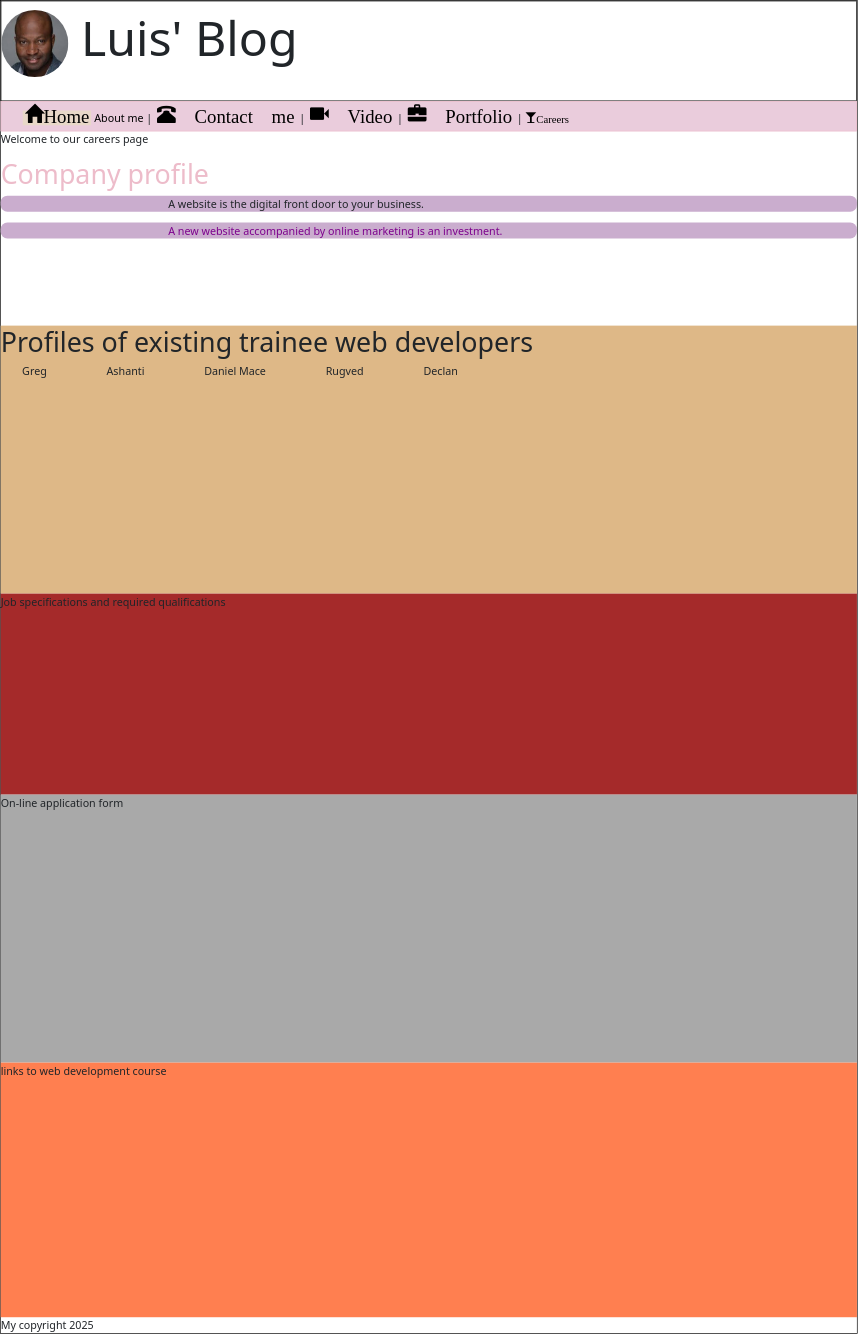
Repository: wduluis/wduluis.github.io
Page: careers.html
The author's editor kept a copy of each file at every save. The page is drawn from the files as they stood at one save, then again after the next save.
The browser window is 1280 px wide. The pictures show the whole page, at 67% of full size.

Above is the page before, as saved 2025-05-09 12:15:41.

### careers.html
<!doctype html>
<html lang="en-GB">

<head>
<meta charset="utf-8" />
<meta name="viewport" content="width=width-device, initial-scale=1 strink-to-fit=no" />
<meta description="Website development, Web design" />
<title>Luis's Blog </title>
<link rel="stylesheet" type="text/css" href="mycss/myblog.css" />
<script type="text/javascript" src="myjsfiles/mytasks.js"/> </script>

<link rel="stylesheet" type="text/css" href="my_bootstrap/css/bootstrap.min.css" />

<link rel="stylesheet" type="text/css" href="glyphicons-only-bootstrap/css/bootstrap.min.css" />

<script type="text/javascript" src="my_bootstrap/js/bootstrap.min.js" /> </script>

<script type="text/javascript" src="my_jquery/jquery-3.7.1.min.js" /> </script>




</head>
<body>
<div id="mypage">
<div id="banner"> <img src="images/luis_photo.jpg" alt="photo of Luis Ibhiabor" width="100" height="100"/> Luis' Blog</div>
<div id="topnav">
<ul>
<li class="hm"> <a href="index.html" class="glyphicon glyphicon-home gi-2x">Home</a></li>
<li> <a href="aboutus.html"> About me </a> </li> |
<li> <a href="contacts.html" class="glyphicon glyphicon-phone-alt gi-2x"> Contact me </a> </li> |
<li> <a href="video.html" class="glyphicon glyphicon glyphicon-facetime-video gi-2x"> Video </a> </li> |
<li> <a href="portfolio.html" class="glyphicon glyphicon glyphicon-briefcase gi-2x"> Portfolio </a> </li> |
<li> <a href="careers.html" class="glyphicon glyphicon-glass g1-2x">Careers</a></li>

</ul>
</div>

<div id="contentarea">
<p> Welcome to our careers page</p>

<div class="company_profile">
    <h1>Company profile</h1>
    <p>A website is the digital front door to your business.</p>
    <p class="pp2">A new website accompanied by online marketing is an investment.</p>


</div>

<div class="current_trainees"><h1>Profiles of existing trainee web developers</h1>
<ul>
    <li class="name">Greg</li>
    <li class="name">Ashanti</li>
    <li class="name">Daniel Mace</li>
    <li class="name">Rugved</li>
    <li class="name">Declan</li>
</ul>


</div>

<div class="job_spec"><p>Job specifications and required qualifications</p></div>
<div class="application_form"><p>On-line application form</p></div>

<div class="our_courses"><p>links to web development course</p></div>

 </div>

<div id="pagefooter"> My copyright 2025 </div>

</div>
</body>
</html>

### mycss/myblog.css

body {
background-color: #fff;
font-family: Arial, Helvetica, sans-serif;
}

#mypage {
border: 1px solid #000;
/* width: 1400px; */
width: 100%;
}

#banner {
height: 150px;
border: 1px solid #000;
}

#topnav {
height: 45px;
border: 1px solid #edbcca;
}

/*Improving it starts here*/
#topnav {
background-color: #eaccdc;

}

.gi-2x{font-size: 28px; padding: 3px;}
.gi-3x{font-size: 3em;}
.gi-4x{font-size: 4em;}
.gi-5x{font-size: 5em;}


#banner img {
border-radius: 50%;

/*height: 100px; width: 100px; background-color: #ff5733; margin: auto;*/
}

/*Improving it ends here*/


#topnav ul li{
text-decoration: none;
display: inline;
}

#topnav a:link {
text-decoration: none;
color: #000;
}

#topnav a:visited {
color: #caadce;
}

#topnav a:hover {
background-color: #000;
}

#contentarea {
height: auto;
/* height: 700px; */

}


#banner {
font-size: 450%;

}

.hm {
height: 25px;
background-color: #e8d8c8;
}




/*
#topnav ul li {
text-decoration: none;
display: inline;

}

https://developers.google.com/fonts/docs/getting_started

#mypage {


border: 1px solid #000;
}

*/

.company_profile {
    width: 100%;
    height: 250px;
    /* background-color: #c8def2; */
    /* border-radius: 8px;
    margin: 10px; */
}

.current_trainees {
    width: 100%;
    height: 400px;
    background-color:burlywood;
}

.job_spec {
    width: 100%;
    height: 300px;
    background-color:brown;
}

.application_form {
    width: 100%;
    height: 400px;
    background-color:darkgray;
}

.our_courses {
    width: 100%;
    height: 380px;
    background-color: coral;
}

.current_trainees ul li{
    display: inline;
    margin-right: 85px;
}

.company_profile h1 {
    color: #edbcca;
}

.company_profile p {
     padding-left: 250px;
     border-radius: 10px;
     background-color: #caadce;
}

.pp2 {
    color: #7d028d;
}

### myjsfiles/mytasks.js
/*
document.write("Hello World!");
window.alert("Welcome to my blog!");
*/

Loaded but not shown: my_bootstrap/css/bootstrap.min.css (library); glyphicons-only-bootstrap/css/bootstrap.min.css (library); my_bootstrap/js/bootstrap.min.js (library); my_jquery/jquery-3.7.1.min.js (library)

After the next save:
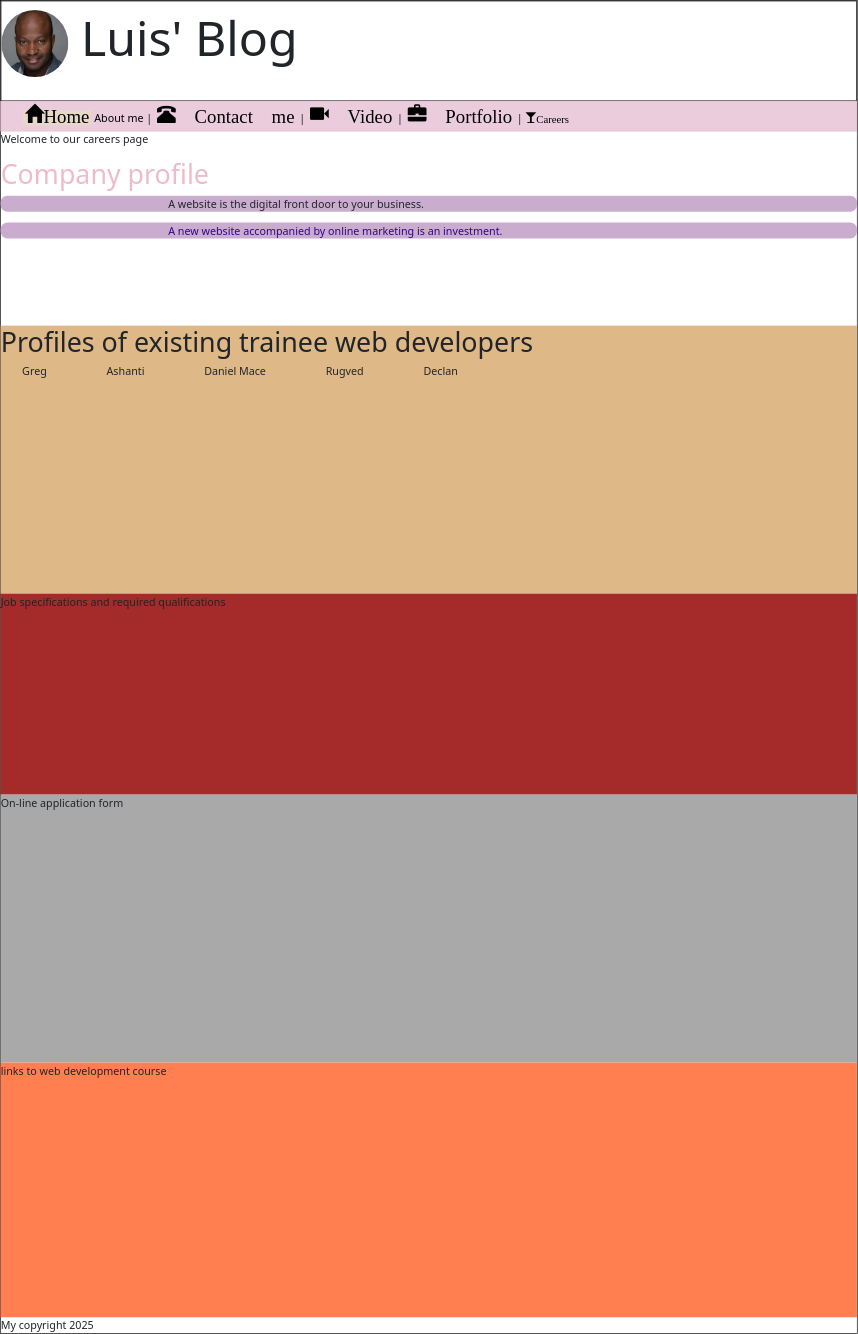
Saved 28 s later.
--- a/mycss/myblog.css
+++ b/mycss/myblog.css
@@ -144,5 +144,5 @@ border: 1px solid #000;
 }
 
 .pp2 {
-    color: #7d028d;
+    color: #33028d;
 }
